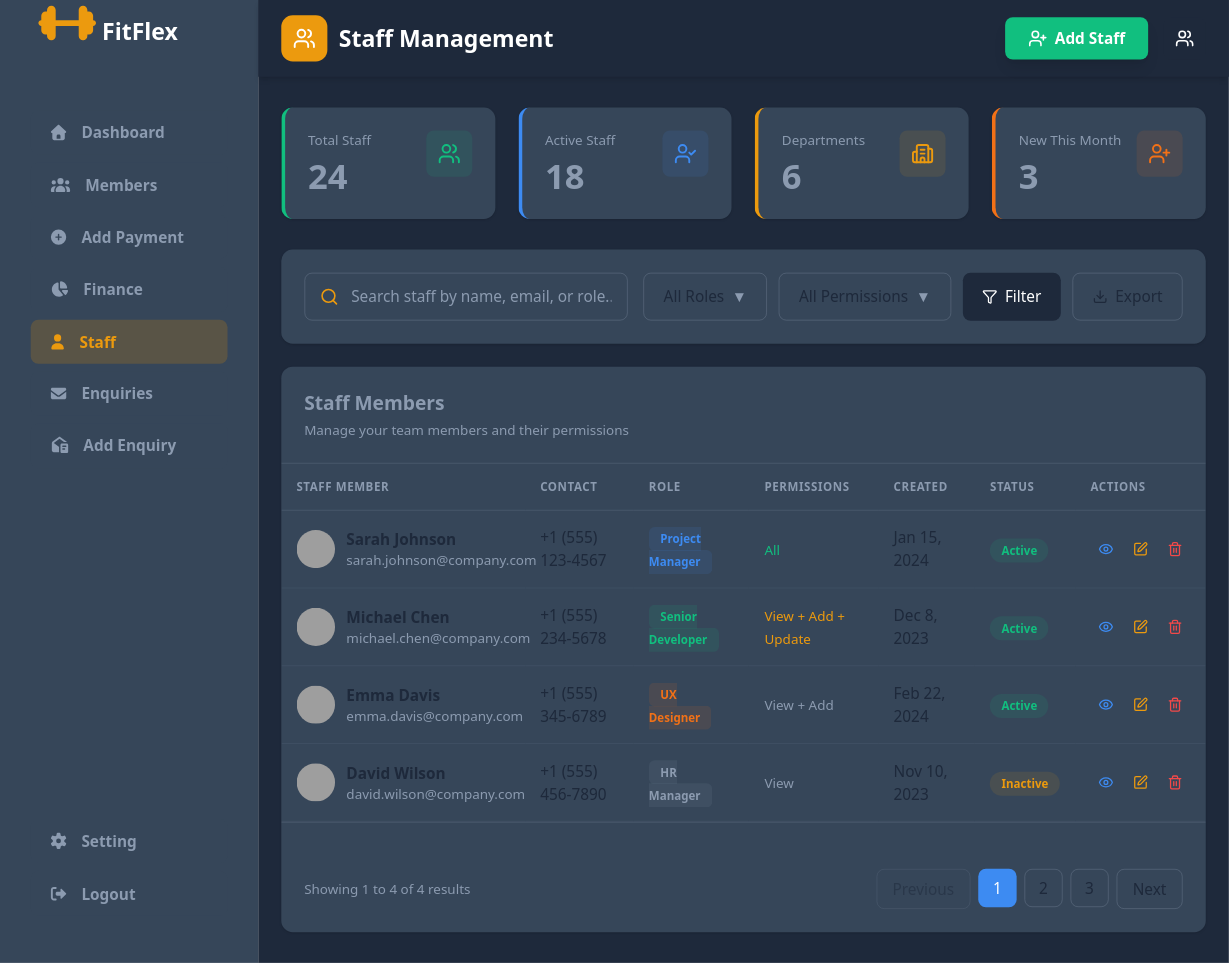
Repository: MuhammadTalhaTaj/gym_management_app_backend
Page: /staff (app in frontend/)
An editor plug-in stored every save of this project. The page is shown before and after a run of saves, followed by the edit.
The browser window is 1280 px wide. The pictures show the whole page, at 96% of full size.
Pictures or frames that could not be fetched are drawn as grey boxes. The project was rebuilt for these pictures with package versions that can differ from the ones it lists, and the page was loaded fresh each time. Also part of the build but not shown: frontend/vite.config.ts, frontend/src/assets/styles/AdminHeader.css, frontend/src/Components/AdminHeader.tsx, frontend/src/assets/styles/AdminDashboard.css, frontend/src/hooks/useDashboardData.ts, frontend/src/assets/styles/AdminDashboardStats.css, frontend/src/Components/AdminDashboardStats.tsx, frontend/src/Components/IncomeExpenseChart.tsx and 30 more.

Above is the page before, as saved 2025-11-21 10:04:49.

After the next 2 saves:
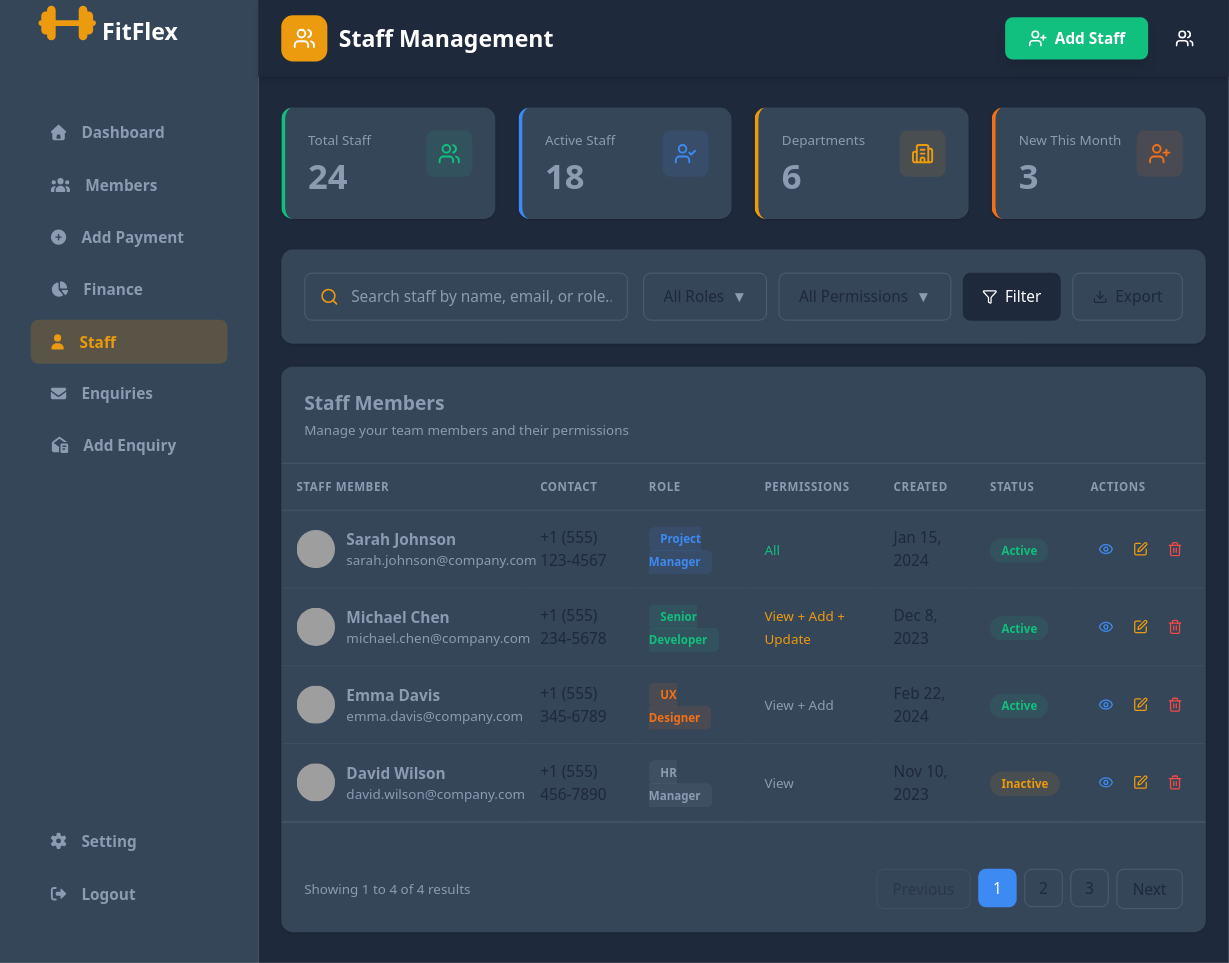
The 2 saves are shown as one change because they came seconds apart.
The last was saved 12 s later.
--- a/frontend/src/pages/Admin/Staff.tsx
+++ b/frontend/src/pages/Admin/Staff.tsx
@@ -177,7 +177,7 @@ const StaffTable = ({ data, onView, onEdit, onDelete }) => (
               <div className="flex items-center gap-3">
                 <img src={staff.avatar} alt={staff.name} className="w-10 h-10 rounded-full object-cover" />
                 <div>
-                  <p className="font-semibold text-[#1E293B]">{staff.name}</p>
+                  <p className="font-semibold text-[var(--primary-300)]">{staff.name}</p>
                   <p className="text-sm text-[#8C9BB0]">{staff.email}</p>
                 </div>
               </div>
